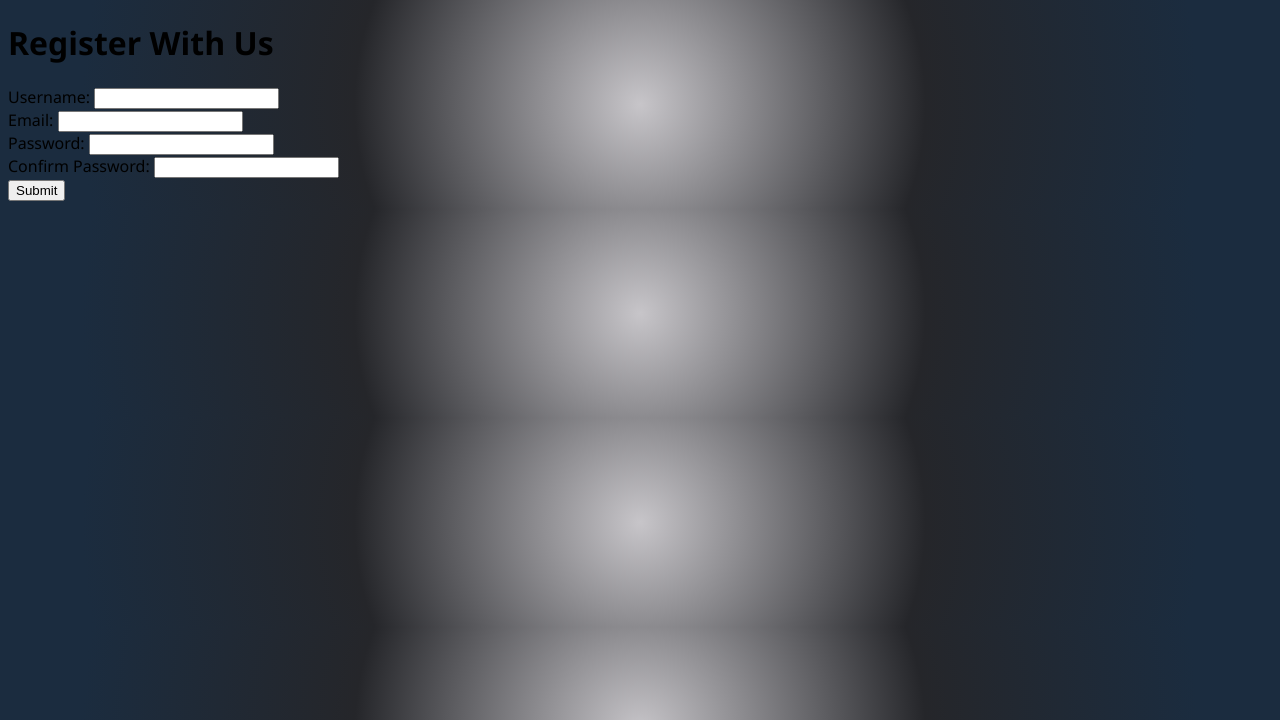
Repository: NiutaR/registrationForm
Page: index.html
These files come from the project's save history. The page is drawn as it stood at one moment and after the next save; the edit follows.
The browser window is 1280 px wide. The pictures show the whole page.

Above is the page before, as saved 2021-07-28 23:17:46.

### index.html
<!DOCTYPE html>
<html lang="en">

<head>
    <meta charset="UTF-8">
    <meta http-equiv="X-UA-Compatible" content="IE=edge">
    <meta name="viewport" content="width=device-width, initial-scale=1.0">
    <link rel="stylesheet" href="style.css">
    <title>Register With Us</title>
</head>

<body>
    <div class="container">
        <form id="signup" class="form">
            <h1>Register With Us</h1>
            <div class="form-field">
                <label for="username">Username:</label>
                <input type="text" name="username" id="username" autocomplete="off">
                <small></small>
            </div>

            <div class="form-field">
                <label for="email">Email:</label>
                <input type="text" name="email" id="email" autocomplete="off">
                <small></small>
            </div>

            <div class="form-field">
                <label for="password">Password:</label>
                <input type="password" name="password" id="password" autocomplete="off">
                <small></small>
            </div>


            <div class="form-field">
                <label for="confirm-password">Confirm Password:</label>
                <input type="password" name="confirm-password" id="confirm-password" autocomplete="off">
                <small></small>
            </div>

            <div class="form-field">
                <input type="submit" value="Submit">
            </div>
        </form>
    </div>
    </div>
    <script src="index.js"></script>
</body>

</html>

### style.css
body {
    font-size: 16px;
    background: rgb(193, 192, 194);
    background: radial-gradient(circle, rgb(199, 197, 201) 0%, rgba(37, 38, 42, 1) 44%, rgba(27, 44, 63, 1) 86%);
    font-family: "Segoe UI", "Helvetica Neue", Arial, sans-serif;
}

### index.js
const usernameEl = document.querySelector('#username');
const emailEl = document.querySelector('#email');
const passwordEl = document.querySelector('#password');
const confirmPasswordEl = document.querySelector('#confirm-password');

const form = document.querySelector('#signup');


const checkUsername = () => {

    let valid = false;

    const min = 3,
        max = 25;

    const username = usernameEl.value.trim();

    if (!isRequired(username)) {
        showError(usernameEl, 'Username cannot be blank.');
    } else if (!isBetween(username.length, min, max)) {
        showError(usernameEl, `Username must be between ${min} and ${max} characters.`)
    } else {
        showSuccess(usernameEl);
        valid = true;
    }
    return valid;
};


const checkEmail = () => {
    let valid = false;
    const email = emailEl.value.trim();
    if (!isRequired(email)) {
        showError(emailEl, 'Email cannot be blank.');
    } else if (!isEmailValid(email)) {
        showError(emailEl, 'Email is not valid.')
    } else {
        showSuccess(emailEl);
        valid = true;
    }
    return valid;
};

const checkPassword = () => {
    let valid = false;


    const password = passwordEl.value.trim();

    if (!isRequired(password)) {
        showError(passwordEl, 'Password cannot be blank.');
    } else if (!isPasswordSecure(password)) {
        showError(passwordEl, 'Password must has at least 8 characters that include at least 1 lowercase character, 1 uppercase characters, 1 number, and 1 special character in (!@#$%^&*)');
    } else {
        showSuccess(passwordEl);
        valid = true;
    }

    return valid;
};

const checkConfirmPassword = () => {
    let valid = false;
    // check confirm password
    const confirmPassword = confirmPasswordEl.value.trim();
    const password = passwordEl.value.trim();

    if (!isRequired(confirmPassword)) {
        showError(confirmPasswordEl, 'Please enter the password again');
    } else if (password !== confirmPassword) {
        showError(confirmPasswordEl, 'The password does not match');
    } else {
        showSuccess(confirmPasswordEl);
        valid = true;
    }

    return valid;
};

const isEmailValid = (email) => {
    const re = /^(([^<>()\[\]\\.,;:\s@"]+(\.[^<>()\[\]\\.,;:\s@"]+)*)|(".+"))@((\[[0-9]{1,3}\.[0-9]{1,3}\.[0-9]{1,3}\.[0-9]{1,3}\])|(([a-zA-Z\-0-9]+\.)+[a-zA-Z]{2,}))$/;
    return re.test(email);
};

const isPasswordSecure = (password) => {
    const re = new RegExp("^(?=.*[a-z])(?=.*[A-Z])(?=.*[0-9])(?=.*[!@#\$%\^&\*])(?=.{8,})");
    return re.test(password);
};

const isRequired = value => value === '' ? false : true;
const isBetween = (length, min, max) => length < min || length > max ? false : true;


const showError = (input, message) => {
    // get the form-field element
    const formField = input.parentElement;
    // add the error class
    formField.classList.remove('success');
    formField.classList.add('error');

    // show the error message
    const error = formField.querySelector('small');
    error.textContent = message;
};

const showSuccess = (input) => {
    // get the form-field element
    const formField = input.parentElement;

    // remove the error class
    formField.classList.remove('error');
    formField.classList.add('success');

    // hide the error message
    const error = formField.querySelector('small');
    error.textContent = '';
}


form.addEventListener('submit', function (e) {
    // prevent the form from submitting
    e.preventDefault();

    // validate fields
    let isUsernameValid = checkUsername(),
        isEmailValid = checkEmail(),
        isPasswordValid = checkPassword(),
        isConfirmPasswordValid = checkConfirmPassword();

    let isFormValid = isUsernameValid &&
        isEmailValid &&
        isPasswordValid &&
        isConfirmPasswordValid;

    // submit to the server if the form is valid
    if (isFormValid) {

    }
});


const debounce = (fn, delay = 500) => {
    let timeoutId;
    return (...args) => {
        // cancel the previous timer
        if (timeoutId) {
            clearTimeout(timeoutId);
        }
        // setup a new timer
        timeoutId = setTimeout(() => {
            fn.apply(null, args)
        }, delay);
    };
};

form.addEventListener('input', debounce(function (e) {
    switch (e.target.id) {
        case 'username':
            checkUsername();
            break;
        case 'email':
            checkEmail();
            break;
        case 'password':
            checkPassword();
            break;
        case 'confirm-password':
            checkConfirmPassword();
            break;
    }
}));

After the next save:
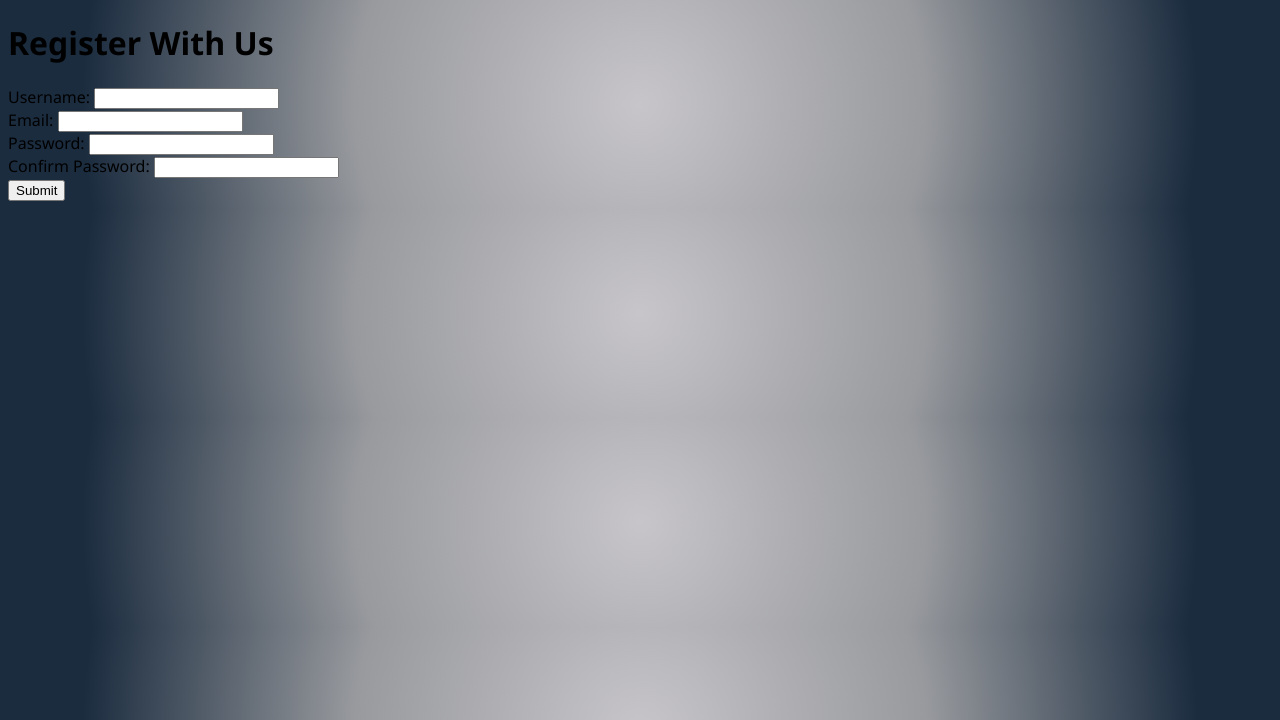
Saved 13 s later.
--- a/style.css
+++ b/style.css
@@ -1,6 +1,6 @@
 body {
     font-size: 16px;
     background: rgb(193, 192, 194);
-    background: radial-gradient(circle, rgb(199, 197, 201) 0%, rgba(37, 38, 42, 1) 44%, rgba(27, 44, 63, 1) 86%);
+    background: radial-gradient(circle, rgb(199, 197, 201) 0%, rgb(152, 154, 158) 44%, rgba(27, 44, 63, 1) 86%);
     font-family: "Segoe UI", "Helvetica Neue", Arial, sans-serif;
 }
